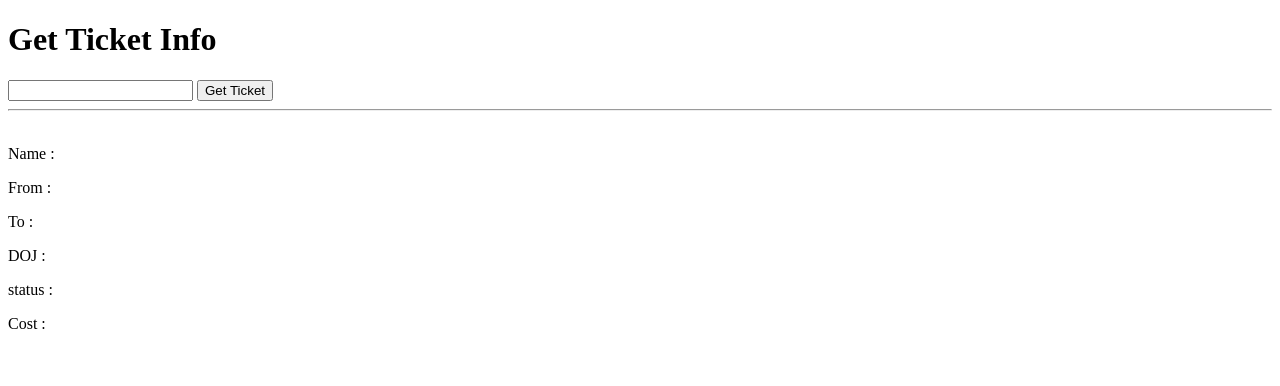
Repository: swapnil-waghamode/Spring-Boot
Page: http://localhost/ticket-form
These files come from the project's save history. The page is drawn as it stood at one moment and after the next save; the edit follows.
The browser window is 1280 px wide. The pictures show the whole page.
The page is this project's Thymeleaf template; nobody is signed in. The template is opened directly, without the code that normally fills it, so the values that code supplies are empty.

Above is the page before, as saved 2024-04-29 08:13:05.

### 32-MakeMyTrip-RestApi/src/main/resources/templates/ticket-form.html
<!DOCTYPE html>
<html xmlns:th="http://www.thymeleaf.org">
<head>
<meta charset="ISO-8859-1">
<title>Insert title here</title>
</head>
<body>

  <h1>Get Ticket Info</h1>

   <form th:action="@{/get-ticket}">

     <input type="text" name="ticketNumber">
     <input type="submit" value="Get Ticket">

   </form>

   <hr>

   <table>
       <tr>
         <td></td>
         <td></td>
       </tr>

       <tr>
         <td></td>
         <td></td>
       </tr>

       <tr>
         <td></td>
         <td></td>
       </tr>

       <tr>
         <td></td>
         <td></td>
       </tr>

       <tr>
         <td></td>
         <td></td>
       </tr>

       <tr>
         <td></td>
         <td></td>
       </tr>


   </table>

   Name : <p th:text="${ticket.name}"></p>
   From : <p th:text="${ticket.from}"></p>
   To : <p th:text="${ticket.to}"></p>
   DOJ : <p th:text="${ticket.doj}"></p>
   status : <p th:text="${ticket.status}"></p>
   Cost : <p th:text="${ticket.ticketCost}"></p>

</body>
</html>

After the next save:
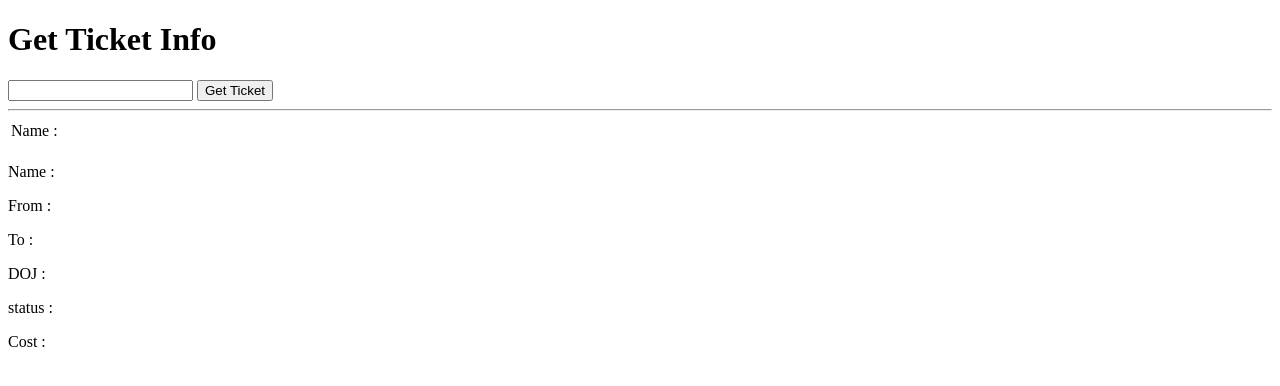
Saved 11 s later.
--- a/32-MakeMyTrip-RestApi/src/main/resources/templates/ticket-form.html
+++ b/32-MakeMyTrip-RestApi/src/main/resources/templates/ticket-form.html
@@ -19,7 +19,7 @@
 
    <table>
        <tr>
-         <td></td>
+         <td>Name :</td>
          <td></td>
        </tr>
 
